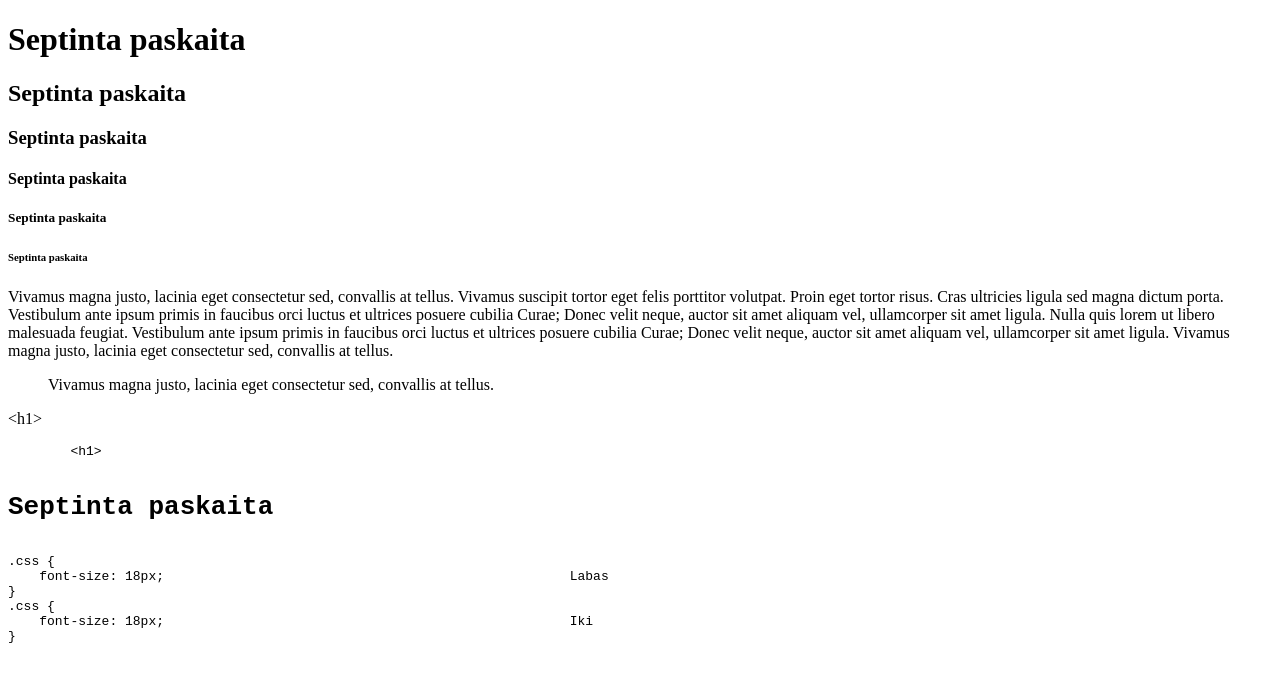
Repository: motiejus1/07-paskaita-05.31
Page: index.html
These files come from the project's save history. The page is drawn as it stood at one moment and after the next save; the edit follows.
The browser window is 1280 px wide. The pictures show the whole page.

Above is the page before, as saved 2021-06-10 18:49:23.

### index.html
<!DOCTYPE html>
<html lang="en">
<head>
    <meta charset="UTF-8">
    <meta http-equiv="X-UA-Compatible" content="IE=edge">
    <meta name="viewport" content="width=device-width, initial-scale=1.0">
    <title>Septinta paskaita</title>
</head>
<body>
    <h1>Septinta paskaita</h1>
    <h2>Septinta paskaita</h2>
    <h3>Septinta paskaita</h3>
    <h4>Septinta paskaita</h4>
    <h5>Septinta paskaita</h5>
    <h6>Septinta paskaita</h6>

    <p>Vivamus magna justo, lacinia eget consectetur sed, convallis at tellus. Vivamus suscipit tortor eget felis porttitor volutpat. Proin eget tortor risus. Cras ultricies ligula sed magna dictum porta. Vestibulum ante ipsum primis in faucibus orci luctus et ultrices posuere cubilia Curae; Donec velit neque, auctor sit amet aliquam vel, ullamcorper sit amet ligula. Nulla quis lorem ut libero malesuada feugiat. Vestibulum ante ipsum primis in faucibus orci luctus et ultrices posuere cubilia Curae; Donec velit neque, auctor sit amet aliquam vel, ullamcorper sit amet ligula. Vivamus magna justo, lacinia eget consectetur sed, convallis at tellus.</p>

    <blockquote>Vivamus magna justo, lacinia eget consectetur sed, convallis at tellus.</blockquote>


    <p> &lt;h1&gt;  </p>

    <pre>
        &lt;h1&gt;
        <h1>Septinta paskaita</h1>
.css {
    font-size: 18px;                                                    Labas
}
.css {
    font-size: 18px;                                                    Iki
}
    </pre>
</body>
</html>

After the next save:
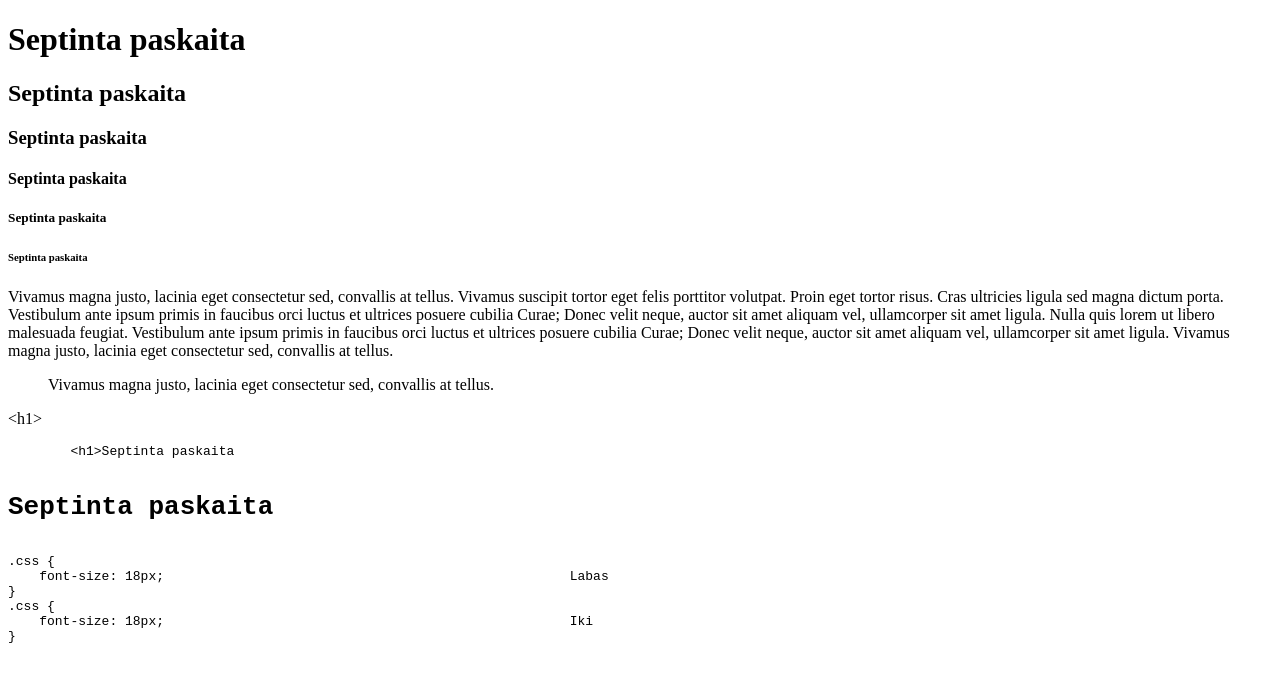
Saved 7 s later.
--- a/index.html
+++ b/index.html
@@ -22,7 +22,7 @@
     <p> &lt;h1&gt;  </p>
 
     <pre>
-        &lt;h1&gt;
+        &lt;h1&gt;Septinta paskaita
         <h1>Septinta paskaita</h1>
 .css {
     font-size: 18px;                                                    Labas
